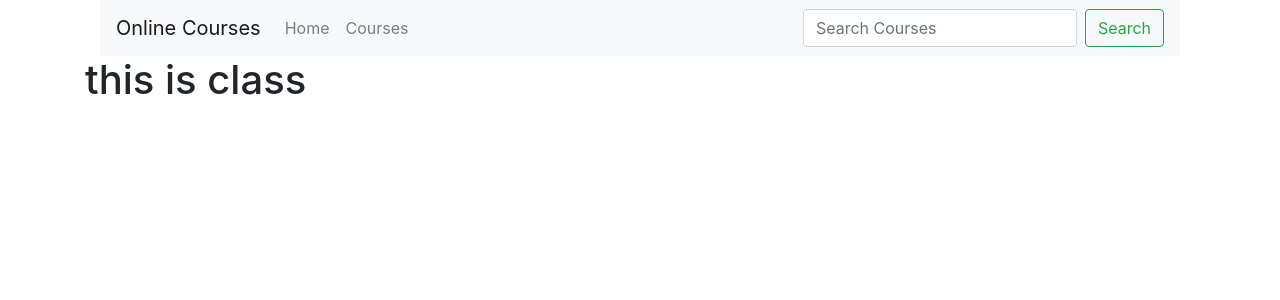
Repository: ranamahmud/online-class-react
Page: /
The author's editor kept a copy of each file at every save. The page is drawn from the files as they stood at one save, then again after the next save.
The browser window is 1280 px wide. The pictures show the whole page.
The project was rebuilt for these pictures with package versions that can differ from the ones it lists, and the page was loaded fresh each time. Also part of the build but not shown: src/App.css.

Above is the page before, as saved 2020-08-27 20:57:53.

After the next save:
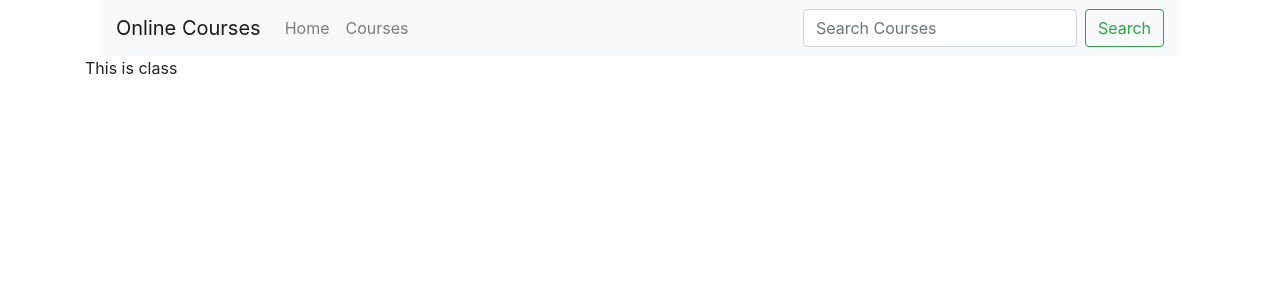
Saved 10 s later.
--- a/src/Component/Class/Class.js
+++ b/src/Component/Class/Class.js
@@ -1,8 +1,9 @@
-import { React } from 'react';
+import React from 'react';
+
 const Class = () => {
   return (
     <div>
-      <h1>this is class</h1>
+      This is class
     </div>
   );
 };
